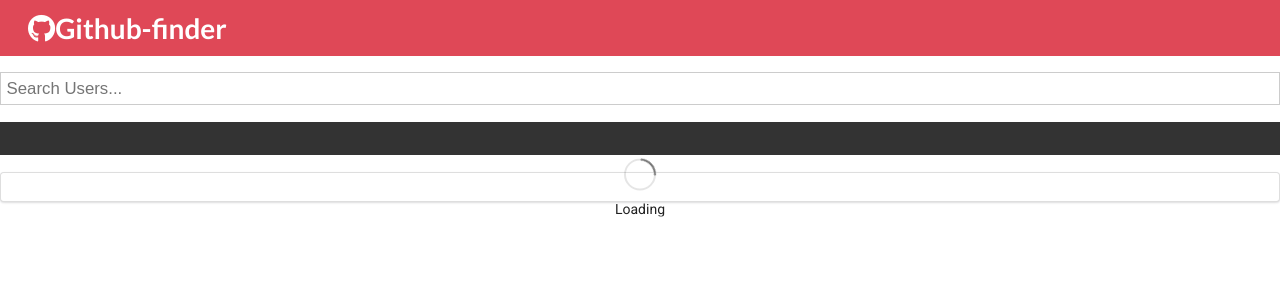
Repository: Tambarie/github-finder
Page: /
An editor plug-in stored every save of this project. The page is shown before and after a run of saves, followed by the edit.
The browser window is 1280 px wide. The pictures show the whole page.
The page's requests for data from a server got no answer. Some web libraries are served in a nearby version. The project was rebuilt for these pictures with package versions that can differ from the ones it lists, and the page was loaded fresh each time. No one was signed in, and anything a server would have sent is missing. Also part of the build but not shown: src/components/users/UserItem.js.

Above is the page before, as saved 2021-11-10 02:30:04.

After the next 2 saves:
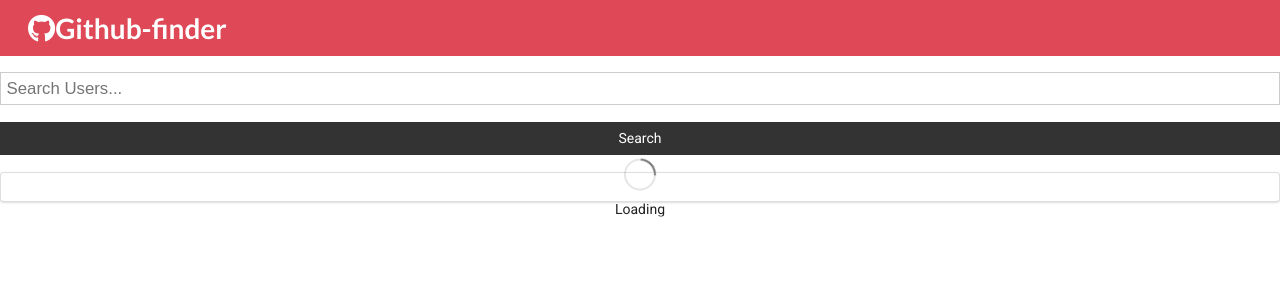
The 2 saves are shown as one change because they came seconds apart.
The last was saved 7 s later.
--- a/src/components/users/Search.js
+++ b/src/components/users/Search.js
@@ -19,7 +19,11 @@
           placeholder='Search Users...'
           onChange={(e) => setText(e.target.value)}
         />
-        <input type='submit' className='btn btn-dark btn-block' value ="" Search />
+        <input
+          type='submit'
+          className='btn btn-dark btn-block'
+          value=' Search '
+        />
       </form>
 
       {display && (
